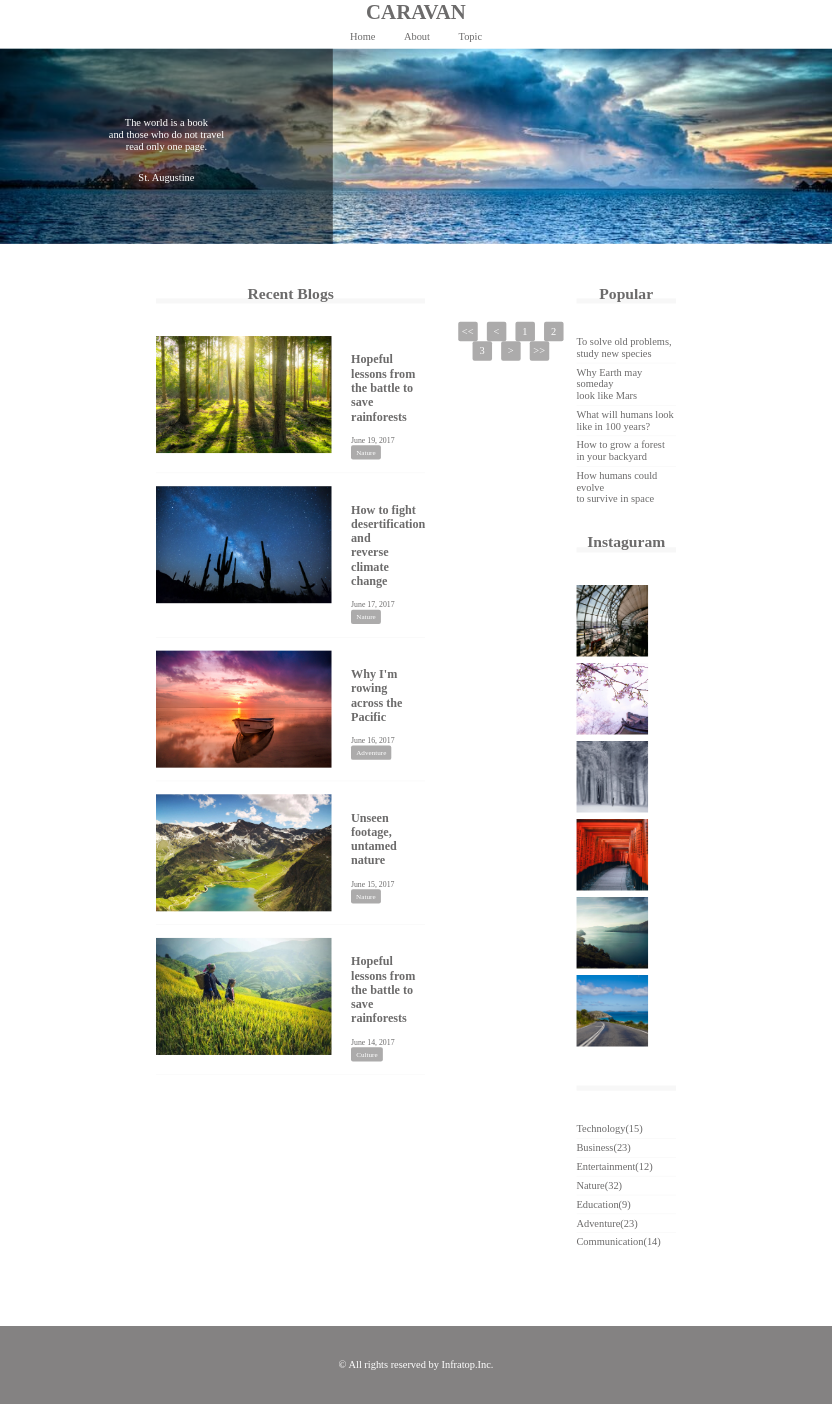
Repository: 825814/caravan2
Page: caravan/index.html
The author's editor kept a record of every edit. The page is drawn from the files as they stood at one moment, then again after the next edit.
The browser window is 1280 px wide. The pictures show the whole page, at 65% of full size.

Above is the page before.

### caravan/index.html
<!DOCTYPE html>
<html lang="ja">
  <head>
    <meta http-equiv="content-type" content="text/html; charset=utf-8" />

    <link rel="stylesheet" href="style.css" />
    <title>CARAVAN</title>
  </head>

  <body>

    <header>
      <h1 class="heading">
        <a href="index.html">
        CARAVAN
        </a>
      </h1>
    </header>


    <nav>
      <ul class="nav-list">
        <li class="nav-list-item">
          <a href="index.html">Home</a>
        </li>
        <li class="nav-list-item">About</li>
        <li class="nav-list-item">Topic</li>
      </ul>
    </nav>


    <div class="main-visual">
      <div class="main-visual-content">
        <p class="main-visual-text">
          The world is a book<br />
          and those who do not travel<br />
          read only one page.
          </p>
        <p class="main-visual-name">
          St. Augustine
        </p>
      </div>
    </div>


    <main>
      <section class="blog">
        <h2 class="blog-heading">Recent Blogs</h2>
        <div class="blog-box">
          <div class="blog-item">
            <img  class="blog-image" src="img/forest.jpg">
            <section class="blog-text">
              <h3 class="blog-text-heading">
                <a href="single.html">
                 Hopeful lessons from<br>
                 the battle to save<br>
                 rainforests
                </a>
              </h3>
              <p class="blog-date">June 19, 2017</p>
              <span class="category">Nature</span>
            </section>
          </div>
          <div class="blog-item">
            <img  class="blog-image" src="img/desert.jpg">
            <section class="blog-text">
              <h3 class="blog-text-heading">
                <a href="single.html">
                 How to fight<br />
                  desertification and<br />
                  reverse climate change
                </a>
              </h3>
              <p class="blog-date">June 17, 2017</p>
              <span class="category">Nature</span>
            </section>
          </div>
          <div class="blog-item">
            <img  class="blog-image" src="img/sunset.jpg">
            <section class="blog-text">
              <h3 class="blog-text-heading">
                <a href="single.html">
                 Why I'm rowing<br />
                  across the Pacific
                </a>
              </h3>
              <p class="blog-date">June 16, 2017</p>
              <span class="category">Adventure</span>
            </section>
          </div>
          <div class="blog-item">
            <img  class="blog-image" src="img/italy.jpg">
            <section class="blog-text">
              <h3 class="blog-text-heading">
                <a href="single.html">
                Unseen footage,<br />
                  untamed nature
                </a>
              </h3>
              <p class="blog-date">June 15, 2017</p>
              <span class="category">Nature</span>
            </section>
          </div>
          <div class="blog-item">
            <img  class="blog-image" src="img/asia.jpg">
            <section class="blog-text">
              <h3 class="blog-text-heading">
                <a href="single.html">
                 Hopeful lessons from<br>
                 the battle to save<br>
                 rainforests
                </a>
              </h3>
              <p class="blog-date">June 14, 2017</p>
              <span class="category">Culture</span>
            </section>
          </div>
        </div>

      </section>

      <div class="pagination">
        <P><<</P>
        <p><</p>
        <p>1</p>
        <p>2</p>
        <p>3</p>
        <p>></p>
        <p>>></p>
      </div>

      <div class="sidebar">
        <section class="popular">
          <h2 class="popular-heading common-heading">Popular</h2>
          <div class="sidebar-contents">
            <p class="popular-text">To solve old problems,<br>study new species</p>
            <p class="popular-text">Why Earth may someday<br>look like Mars</p>
            <p class="popular-text">What will humans look<br>like in 100 years?</p>
            <p class="popular-text">How to grow a forest<br>in your backyard</p>
            <p class="popular-text">How humans could evolve<br>to survive in space</p>
          </div>
        </section>
        <section class="instagram">
          <h2 class="instagram-heading common-heading">Instaguram</h2>
          <div class="sidebar-contents">
            <div class="instagram-box"></div>
            <div class="instagram-box"></div>
            <div class="instagram-box"></div>
            <div class="instagram-box"></div>
            <div class="instagram-box"></div>
            <div class="instagram-box"></div>
          </div>
        </section>
        <section class="categories">
          <h2 class="categories-heading common-heading"></h2>
          <div class="sidebar-contents">
            <p class="categories-text">Technology(15)</p>
            <p class="categories-text">Business(23)</p>
            <p class="categories-text">Entertainment(12)</p>
            <p class="categories-text">Nature(32)</p>
            <p class="categories-text">Education(9)</p>
            <p class="categories-text">Adventure(23)</p>
            <p class="categories-text">Communication(14)</p>
          </div>
        </section>

      </div>
    </main>

    <footer>
      <p class="footer-text">© All rights reserved by Infratop.Inc.</p>
    </footer>
  </body>
</html>

### caravan/style.css
* {
  margin: 0;
  padding: 0;
  box-sizing: border-box;
  color: #6c6b6b;
}


a {
  text-decoration: none;
}

header {
  width: 90%;
  height: 15px 0;
  margin: 0 auto;
  text-align: center
}

header .heading {

  font-size: 32px;
}

.nav-list {
  text-align: center;
  padding: 10px 0;
  margin:0 auto;
}

.nav-list-item {
  list-style: none;
  display: inline-block;
  margin: 0 20px;
}

.main-visual {
  width: 100%;
  height: 300px;
  background-image: url(img/mv.jpg);
  background-size: cover;
  background-position: center;
}

.main-visual-content {
  width: 40%;
  height: 300px;
  background-color: rgba(0, 0, 0 ,0.5);
  text-align: center;
  padding-top: 105px;
}

.main-visual-text {
  color: #fff;
}

.main-visual-name {
  margin-top: 30px;
  color: #fff;
}

main {
  width: 800px;
  display: flex;
  justify-content: center;
  margin: 0 auto;
  padding: 70px 0;
}

.blog {
  width: 540px;
  margin-right: 30px;
}

.blog-heading {
  border-bottom: 8px solid #f7f7f7;
  text-align: center;
  line-height: 0.6;
}

.blog-box {
  padding-top: 50px;
}

.blog-item {
  padding-bottom: 20px;
  margin-bottom: 20px;
  border-bottom: 1px solid #f7f7f7;
  display: flex;
  justify-content: flex-start;
}

.blog-image {
  height: 180px;
}

.blog-text {
  padding: 25px 0 0 30px;
}

.blog-text-heading {
  padding-bottom: 15px;
}

.blog-date {
  font-size: 12px;
  display: inline-block;
}

.category {
  display: inline-block;
  padding: 5px 8px;
  background-color: #acabab;
  border-radius: 3px;
  color: #fff;
  font-size: 11px;
}

.pagination {
  text-align: center;
  padding-top: 50px;
}

.pagination p {
  display: inline-block;
  width: 30px;
  height: 30px;
  margin: 0 5px;
  color: #fff;
  background-color: #acabab;
  border-radius: 3px;
  line-height: 30px;
}

.sidebar {
  width: 230px;
}

.common-heading {
  border-bottom: 8px solid #f7f7f7;
  text-align: center;
  line-height: 0.6;
}

.sidebar-contents {
  padding: 50px 0;
}

.popular-text,
.categories-text {
  padding-bottom: 5px;
  border-bottom: 1px solid #f7f7f7;
  margin-bottom: 5px;
}

.popular-text:last-child,
.categories-text:last-child {
  margin: 0;
  padding: 0;
  border: none;
}

.instagram .sidebar-contents {
  display: flex;
  flex-wrap:wrap;
}

.instagram-box {
  width: 110px;
  padding-top: 110px;
  background-size: cover;
  background-position: center;
  margin-bottom: 10px;
}

.instagram-box:nth-child(odd) {
  margin-right: 10px;
}

.instagram-box:nth-child(1) {
  background-image: url(img/airport.jpg);
}

.instagram-box:nth-child(2) {
  background-image: url(img/japan.jpg);
}

.instagram-box:nth-child(3) {
  background-image: url(img/snow.jpg);
}

.instagram-box:nth-child(4) {
  background-image: url(img/japan2.jpg);
}

.instagram-box:nth-child(5) {
  background-image: url(img/lake.jpg);
}

.instagram-box:nth-child(6) {
  background-image: url(img/road.jpg);
}

footer {
  width: 100%;
  height: 120px;
  text-align: center;
  line-height: 120px;
  background-color: #848282;
}

.footer-text {
  color: #fff;
}

After the next edit:
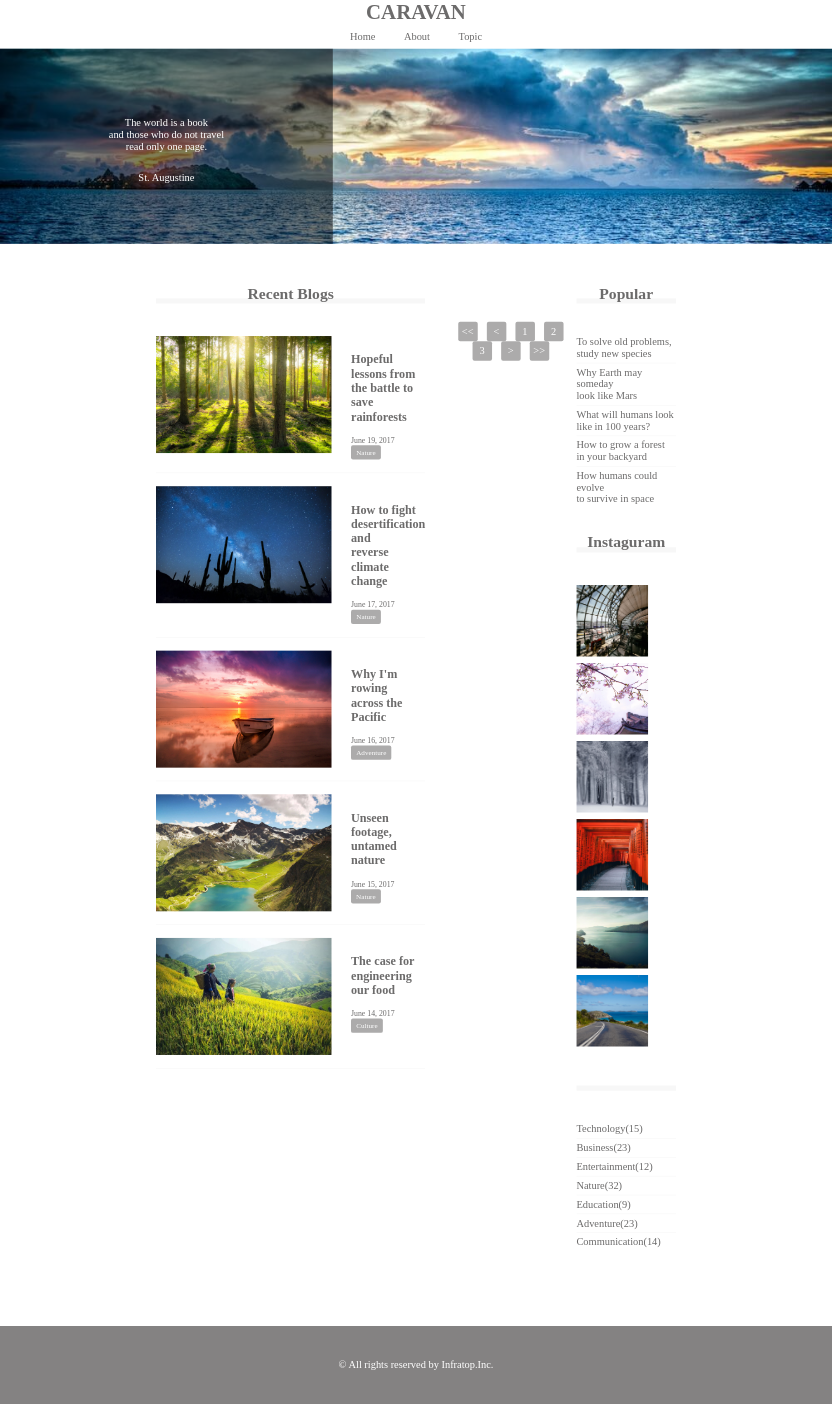
The edit:
--- a/caravan/index.html
+++ b/caravan/index.html
@@ -106,9 +106,8 @@
             <section class="blog-text">
               <h3 class="blog-text-heading">
                 <a href="single.html">
-                 Hopeful lessons from<br>
-                 the battle to save<br>
-                 rainforests
+                  The case for<br />
+                  engineering our food
                 </a>
               </h3>
               <p class="blog-date">June 14, 2017</p>
